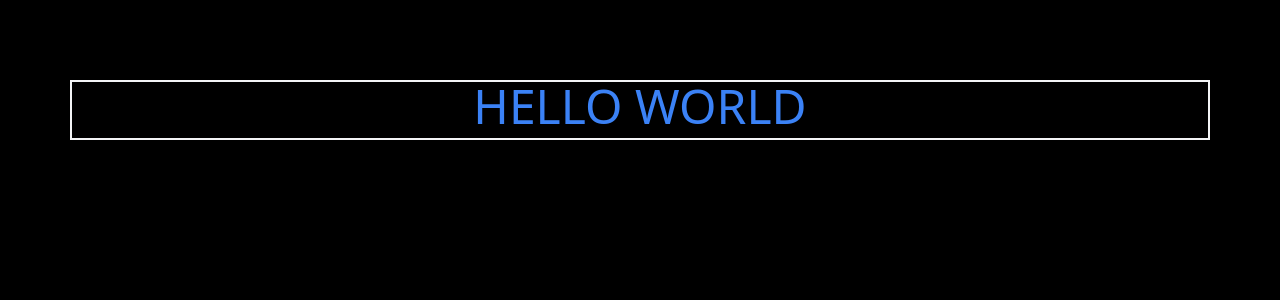
Repository: latenightsnacc/urban-pancake
Page: index.html
These files come from the project's save history. The page is drawn as it stood at one moment and after the next save; the edit follows.
The browser window is 1280 px wide. The pictures show the whole page.

Above is the page before, as saved 2021-04-30 10:26:21.

After the next save:
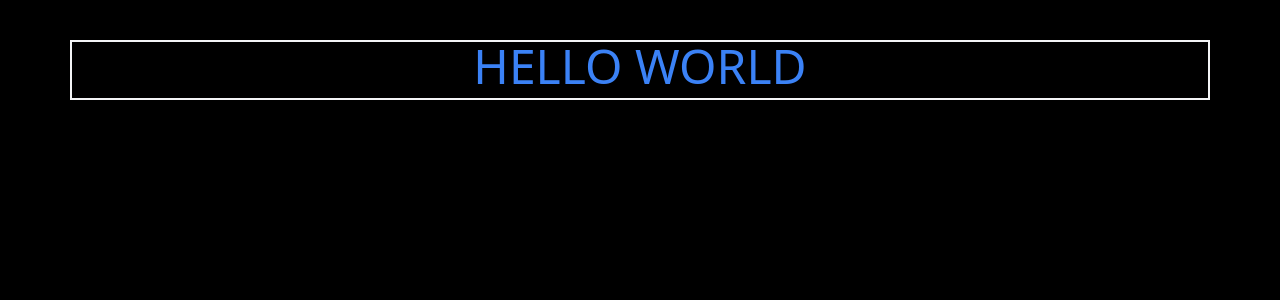
Saved 9 s later.
--- a/index.html
+++ b/index.html
@@ -15,7 +15,7 @@
     <link href="https://fonts.googleapis.com/css2?family=Archivo:wght@400;700&display=swap" rel="stylesheet">
     <title>GRUPA</title>
 </head>
-<body class="bg-black pt-20">
+<body class="bg-black pt-10">
     <main class="wrapper container border-2 border-gray-100">
         <h1 class="text-center text-blue-500 text-5xl uppercase">hello world</h1>
     </main>
